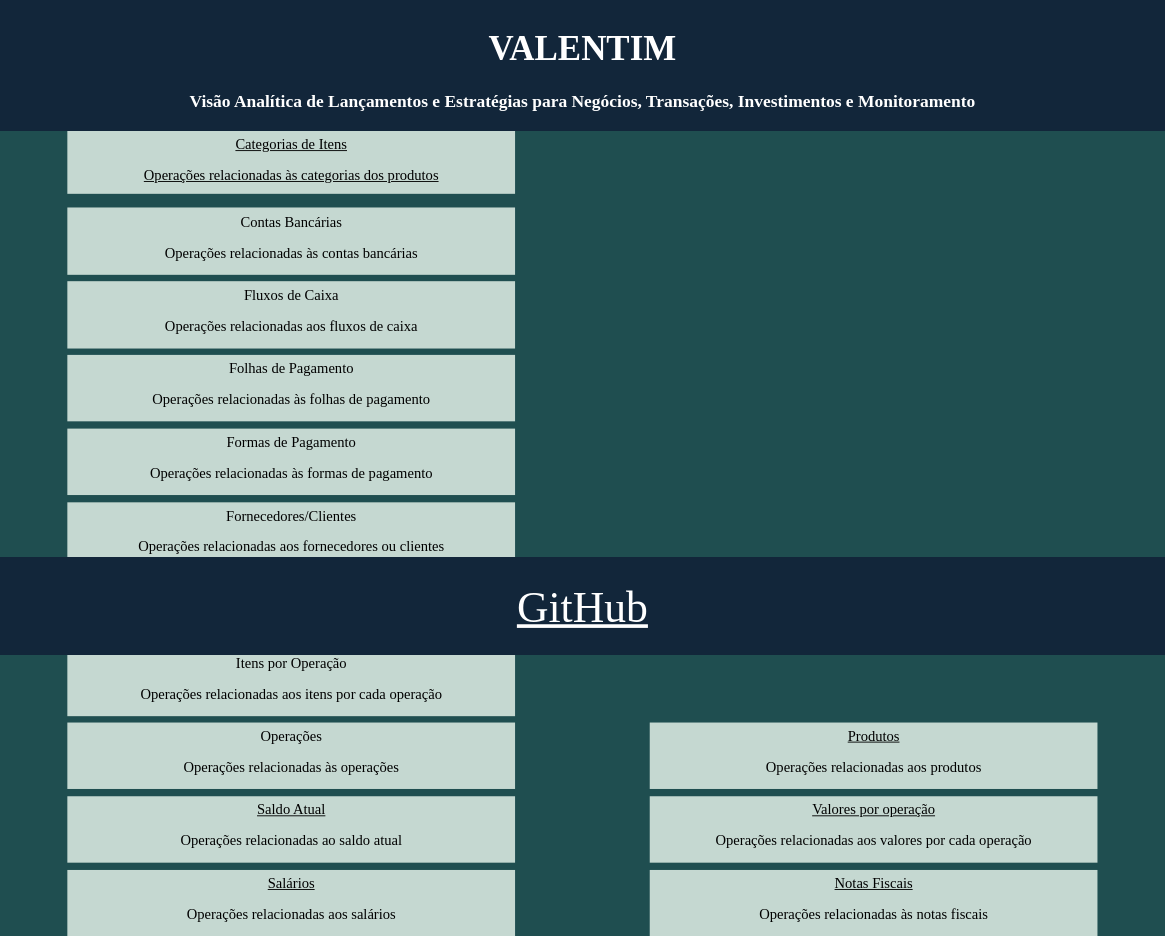
Repository: Matheus-Lacerda009/ERP-Financeiro
Page: Front/menu/menu.html
The author's editor kept a copy of each file at every save. The page is drawn from the files as they stood at one save, then again after a run of saves.
The browser window is 1280 px wide. The pictures show the whole page, at 91% of full size.

Above is the page before, as saved 2026-07-13 19:12:37.

### Front/menu/menu.html
<!DOCTYPE html>
<html lang="en">
<head>
    <meta charset="UTF-8">
    <meta name="viewport" content="wclassth=device-wclassth, initial-scale=1.0">
    <link rel="stylesheet" href="menu.css">
    <title>Document</title>
</head>
<body>
    <header>
        <h1>VALENTIM</h1>
        <h2>Visão Analítica de Lançamentos e Estratégias para Negócios, Transações, Investimentos e Monitoramento</h2>
    </header>
    <main>
        <div id="espaço"></div>
        <div class="container">
            <a href="../categoria_item/categoria_item.html" class="links">
                <div class="divEntidades">
                    <p>Categorias de Itens</p>
                    <p>Operações relacionadas às categorias dos produtos</p>
                </div>
            </a>
            <a href="../conta_bancaria/conta_bancaria.html" class="links"></a>
            <div class="divEntidades">
                Contas Bancárias</a>
                <p>Operações relacionadas às contas bancárias</p>
            </div>
            <a href="../fluxo_caixa/fluxo_caixa.html" class="links"></a>
            <div class="divEntidades">
                Fluxos de Caixa</a>
                <p>Operações relacionadas aos fluxos de caixa</p>
            </div>
            <a href="../folha_pagamento/folha_pagamento.html" class="links"></a>
            <div class="divEntidades">
                Folhas de Pagamento</a>
                <p>Operações relacionadas às folhas de pagamento</p>
            </div>
            <a href="../forma_pagamento/forma_pagamento.html" class="links"></a>
            <div class="divEntidades">
                Formas de Pagamento</a>
                <p>Operações relacionadas às formas de pagamento</p>
            </div>
            <a href="../fornecedor_cliente/fornecedor_cliente.html" class="links"></a>
            <div class="divEntidades">
                Fornecedores/Clientes</a>
                <p>Operações relacionadas aos fornecedores ou clientes</p>
            </div>
            <a href="../funcionario/funcionario.html" class="links"></a>
            <div class="divEntidades">
                Funcionários</a>
                <p>Operações relacionadas aos funcionários</p>
            </div>
            <a href="../itens_operacao/itens_operacao.html" class="links"></a>
            <div class="divEntidades">
                Itens por Operação</a>
                <p>Operações relacionadas aos itens por cada operação</p>
            </div>
            <a href="../operacao/operacao.html" class="links"></a>
            <div class="divEntidades">
                Operações</a>
                <p>Operações relacionadas às operações</p>
            </div>
            <div class="divEntidades">
                <a href="../produtos/produtos.html" class="links">Produtos</a>
                <p>Operações relacionadas aos produtos</p>
            </div>
            <div class="divEntidades">
                <a href="../saldoAtual/saldoAtual.html" class="links">Saldo Atual</a>
                <p>Operações relacionadas ao saldo atual</p>
            </div>
            <div class="divEntidades">
                <a href="../valor_pVenda/valor_pVenda.html" class="links">Valores por operação</a>
                <p>Operações relacionadas aos valores por cada operação</p>
            </div>
            <div class="divEntidades">
                <a href="../valor_salario/valor_salario.html" class="links">Salários</a>
                <p>Operações relacionadas aos salários</p>
            </div>
            <div class="divEntidades">
                <a href="../notaFiscal/nota_fiscal.html" class="links">Notas Fiscais</a>
                <p>Operações relacionadas às notas fiscais</p>
            </div>
        </div>
    </main>
    <footer>
        <a href="https://github.com/Matheus-Lacerda009/ERP-Financeiro.git" id="github">GitHub</a>
    </footer>
</body>
</html>

### Front/menu/menu.css
body{
    overflow: hidden;
}
header{
    position: fixed;
    top: 0;
    left: 0;
    width: 100%;
    height: 20%;
    background-color: #12263A;
    z-index: 1;
    text-align: center;
    align-content: center;
}

footer{
    position: fixed;
    bottom: 0;
    left: 0;
    width: 100%;
    height: 15%;
    background-color: #12263A;
    text-align: center;
    align-content: center;
}

#github{
    color: white;
    font-size: 300%;
}

header, h1{
    font-size: 300%;
    color: white;
    font-size: 3vw;
}

header, h2{
    color: white;
    font-size: 1.5vw;
}

body{
    margin: 0;
    padding: 0;
    background-color: #1f4e50;
}

.container{
    height: 100vh;
    width: 100%;
    margin-top: 10%;
    box-sizing: border-box;
    display: grid;
    grid-template-columns: repeat(2, 7fr);
    align-content: start;
}

.divEntidades{
    height: 75%;
    width: 75%;
    background-color: #C5D8D1;
    text-align: center;
    padding: 1%;
    margin: auto;
}

.links{
    color: black;
}

After the next 2 saves:
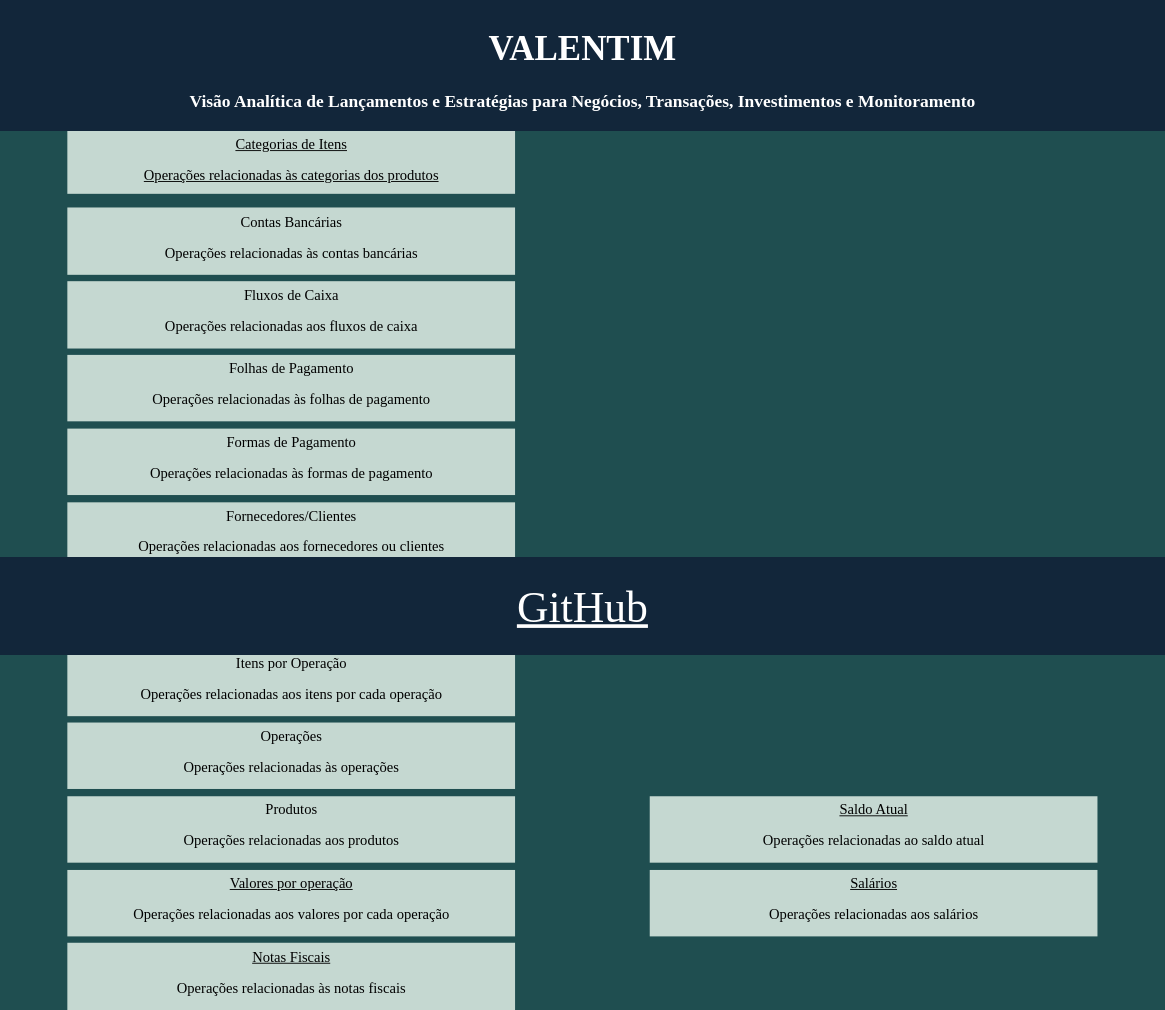
The 2 saves are shown as one change because they came seconds apart.
The last was saved 7 s later.
--- a/Front/menu/menu.html
+++ b/Front/menu/menu.html
@@ -60,8 +60,9 @@
                 Operações</a>
                 <p>Operações relacionadas às operações</p>
             </div>
+            <a href="../produtos/produtos.html" class="links"></a>
             <div class="divEntidades">
-                <a href="../produtos/produtos.html" class="links">Produtos</a>
+                Produtos</a>
                 <p>Operações relacionadas aos produtos</p>
             </div>
             <div class="divEntidades">
